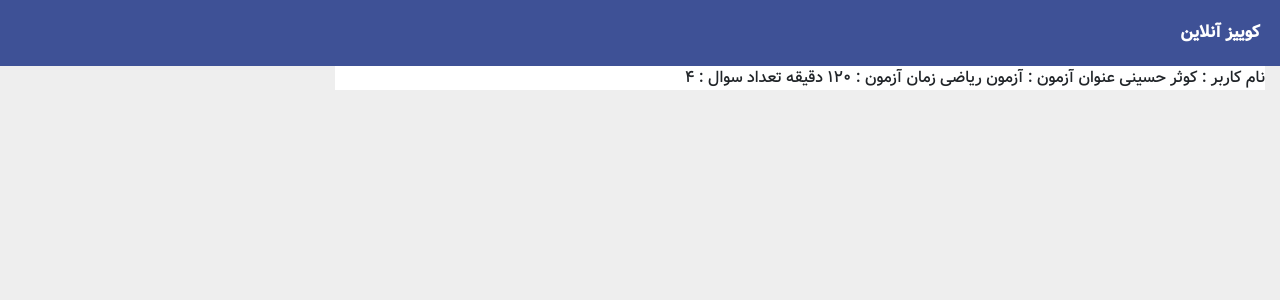
Repository: kosar78/quiz-online
Page: quiz.html
The author's editor kept a copy of each file at every save. The page is drawn from the files as they stood at one save, then again after the next save.
The browser window is 1280 px wide. The pictures show the whole page.
Some web libraries are served in a nearby version.

Above is the page before, as saved 2022-01-09 20:53:14.

### quiz.html
<!DOCTYPE html>
<html lang="en">
<head>
    <meta charset="UTF-8">
    <meta name="viewport" content="width=device-width, initial-scale=1.0">
    <link rel="stylesheet" href="css/quiz.css">
    <link rel="stylesheet" href="bootstrap_files/css/bootstrap.min.css">
    <script type="text/javascript" src="JQuery_file/jQuery.js"></script>
    <script type="text/javascript" src="bootstrap_files/js/bootstrap.min.js"></script>
    <!-- <script type="text/javascript" src="js/signin.js"></script> -->
    <title>امتحان</title>
</head>
<body>
    <div class="container-fluid signin-container">
        <div class="row main-row">
            <div class="headerr">کوییز آنلاین</div>

            <div class="col-xl-9">
                <div class="quiz-details">
                    <ul>
                        <li>
                            <ul>
                                <li>نام کاربر :</li>
                                <li>کوثر حسینی</li>
                            </ul>
                        </li>
                        <li>
                            <ul>
                                <li>عنوان آزمون :</li>
                                <li>آزمون ریاضی</li>
                            </ul>
                        </li>
                        <li>
                            <ul>
                                <li>زمان آزمون :</li>
                                <li>120 دقیقه</li>
                            </ul>
                        </li>
                        <li>
                            <ul>
                                <li>تعداد سوال :</li>
                                <li>4</li>
                            </ul>
                        </li>
                    </ul>
                </div>
            </div>
            <div class="col-xl-3">

            </div>
        </div>
    </div>

    <script src="https://cdnjs.cloudflare.com/ajax/libs/axios/0.18.0/axios.min.js"></script>
    <!-- <script src="./connectToDB/signUp.js"></script> -->

</body>
</html>

### css/quiz.css
@font-face {
    font-family: FirstFont;
    src:url(../font/Vazir-Medium.woff2) format('woff2');
    src:url(../font/Vazir-Medium-FD-WOL.woff2) format('woff2');
  }
* {
    margin: 0;
    padding: 0;
    user-select: none;
    -moz-user-select: none;
    -khtml-user-select: none;
    -webkit-user-select: none;
    -o-user-select: none;
    text-align: right;
    text-decoration:none;
}
html body {
    direction: rtl;
    font-family:FirstFont;
    text-align: center;
    /* background: linear-gradient(260.06deg, #363671 12.33%, #3E5196 57.46%); */
    /* height: 100vh; */
    background-color: #eee;
}

ul li{
    display: inline-block;
    list-style: none;
}
.headerr{
    background-color: #3E5196;
    color: white;
    font-weight: 600;
    width: 100%;
    padding: 20px;
    font-size: 17px;
}
.quiz-details{
    background-color: #fff;

}
::placeholder {
    color: rgb(0, 0, 0,.5);
    opacity: 0.95;
  }

:-ms-input-placeholder {
    color: rgb(0, 0, 0,.5);
}

::-ms-input-placeholder {
    color: rgb(0, 0, 0,.5);
}

@media(max-width:335px){
    #password,
    #username,
    #confirm-password,
    #code{
        width: 84%;
    }

}

Loaded but not shown: bootstrap_files/css/bootstrap.min.css (library); JQuery_file/jQuery.js (library); bootstrap_files/js/bootstrap.min.js (library)

After the next save:
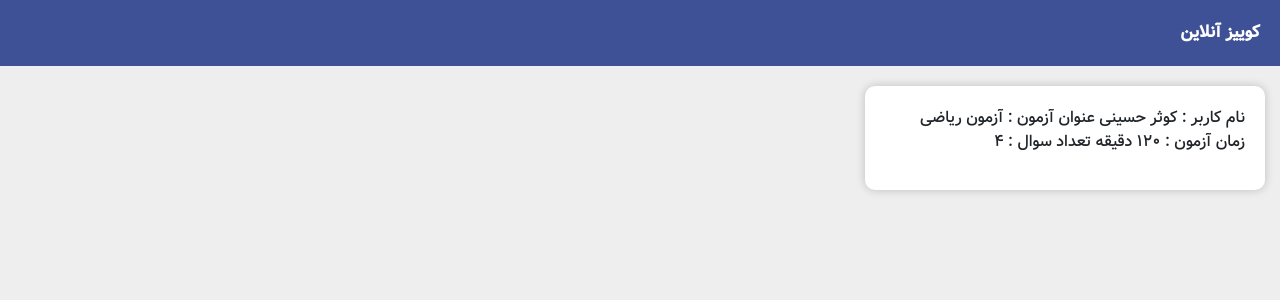
Saved 34 s later.
--- a/css/quiz.css
+++ b/css/quiz.css
@@ -37,7 +37,13 @@ ul li{
 }
 .quiz-details{
     background-color: #fff;
-
+    box-shadow: 0px 0px 10px rgba(0, 0, 0, 0.2);
+    border-radius: 10px;
+    width: 400px;
+    height: max-content;
+    padding: 20px !important;
+    position: relative;
+    margin: 20px 0;
 }
 ::placeholder {
     color: rgb(0, 0, 0,.5);
